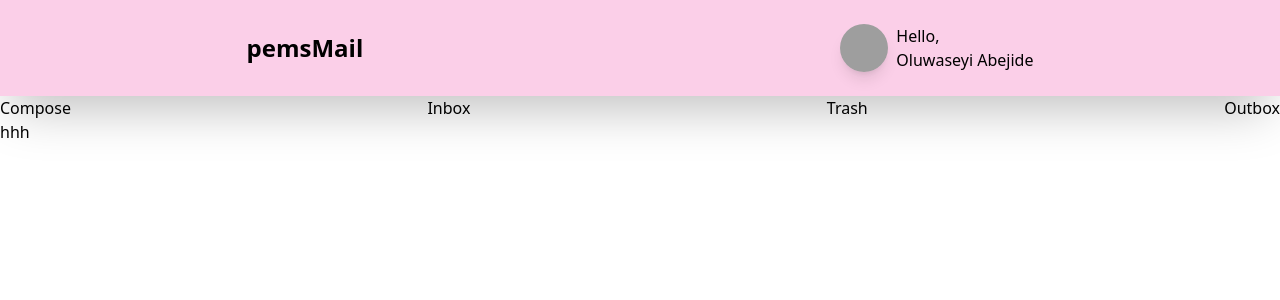
Repository: Semanmernstack/mailclone
Page: /
An editor plug-in stored every save of this project. The page is shown before and after the next save, followed by the edit.
The browser window is 1280 px wide. The pictures show the whole page.
Pictures or frames that could not be fetched are drawn as grey boxes. The project was rebuilt for these pictures with package versions that can differ from the ones it lists, and the page was loaded fresh each time. Also part of the build but not shown: src/features/counter/Counter.module.css, src/features/counter/Counter.js.

Above is the page before, as saved 2023-01-16 02:22:48.

After the next save:
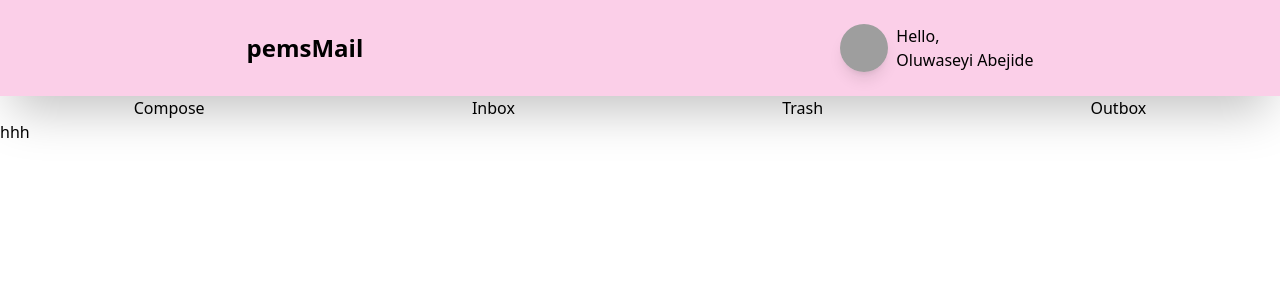
Saved 13 s later.
--- a/src/Topbar.js
+++ b/src/Topbar.js
@@ -2,7 +2,7 @@ import React from 'react'
 
 function Topbar() {
   return (
-    <div className="flex items-center justify-between">
+    <div className="flex items-center justify-around">
         <div>
             <p>Compose</p>
         </div>
